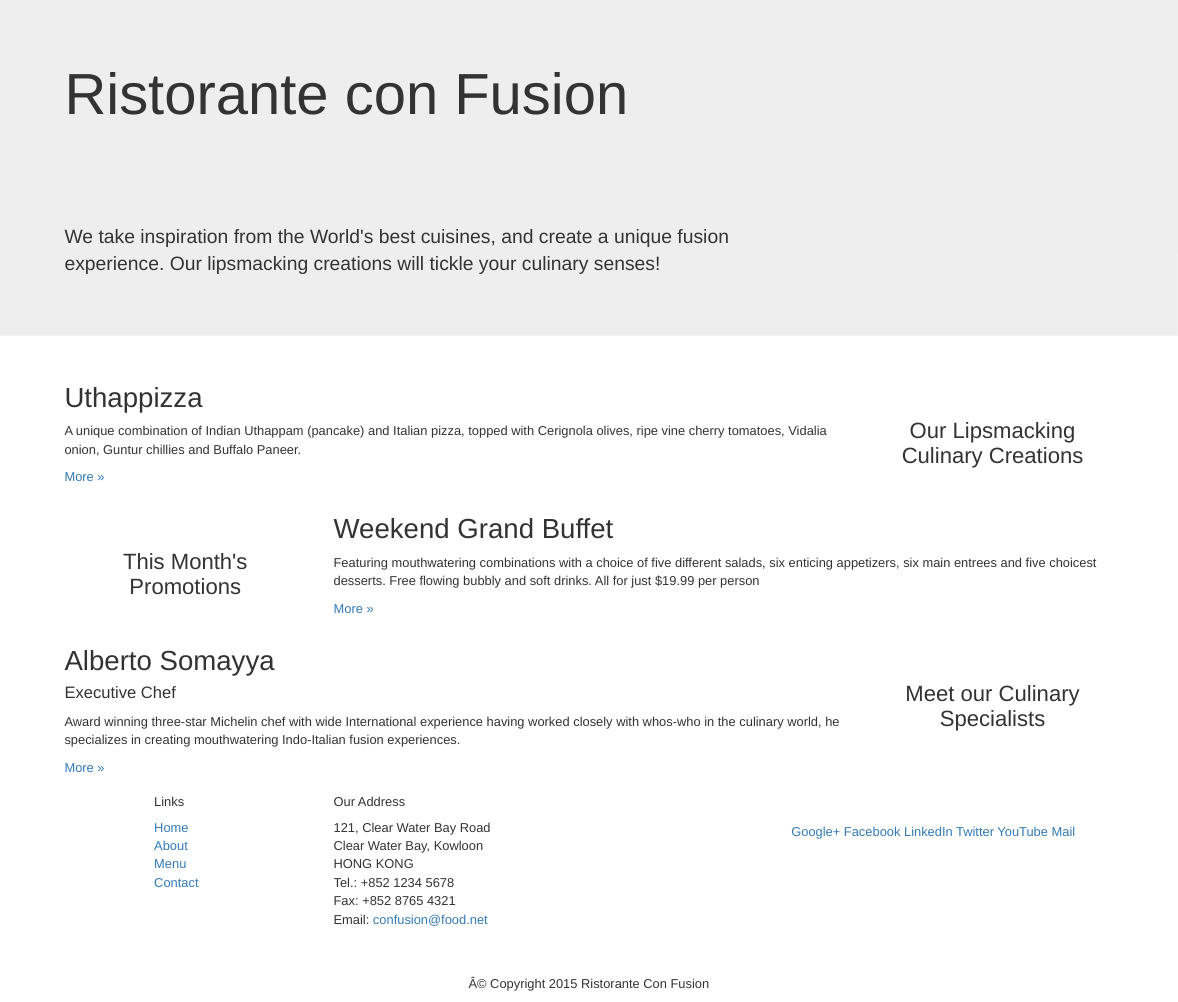
Repository: tagus24/Coursera
Page: Coursera/FullStackDeveloper/conFusion/src/main/webapp/index.html
These files come from the project's save history. The page is drawn as it stood at one moment and after the next save; the edit follows.
The browser window is 1280 px wide. The pictures show the whole page, at 92% of full size.
Some web libraries are served in a nearby version.

Above is the page before, as saved 2016-01-31 17:30:20.

After the next save:
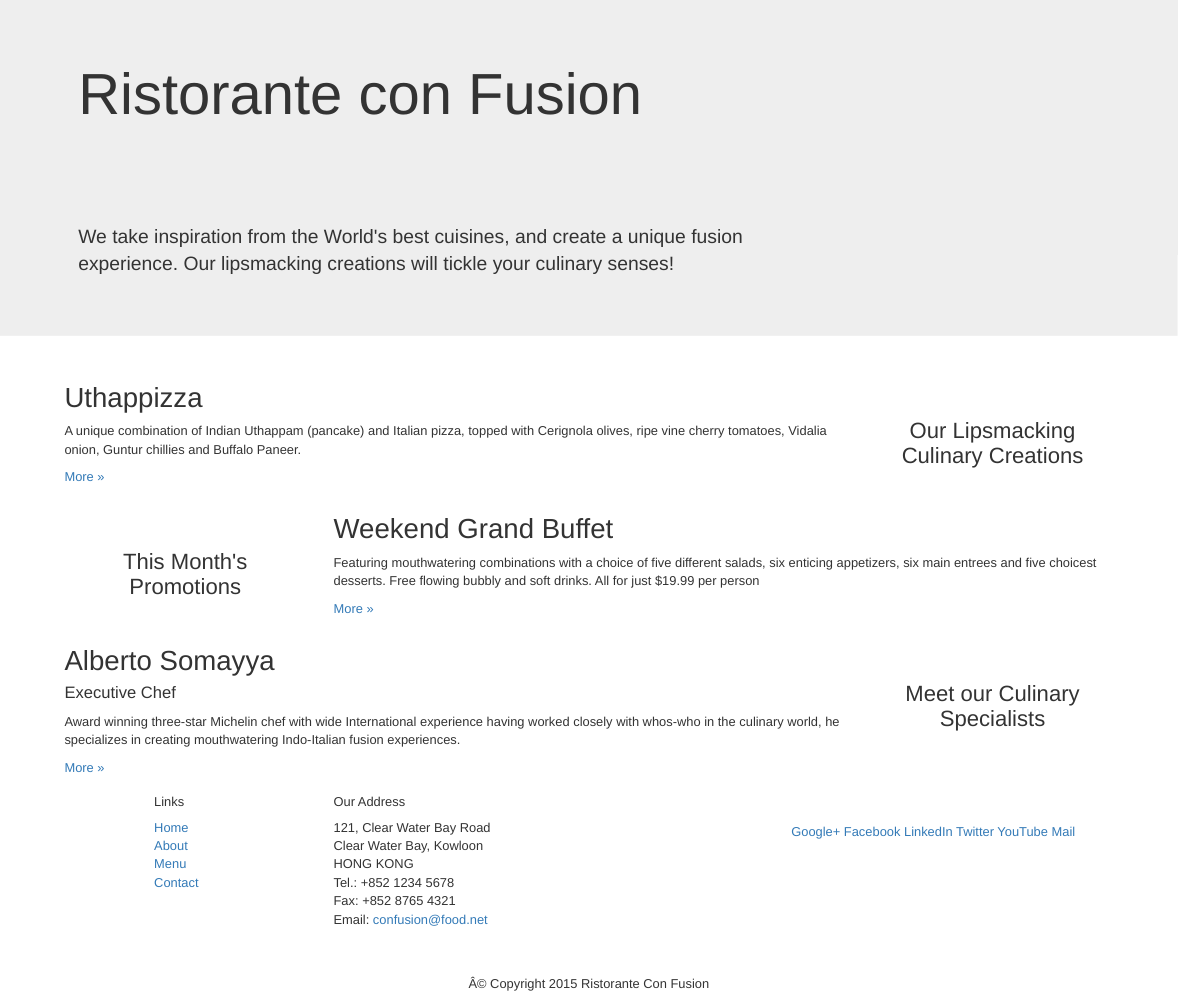
Saved 97 s later.
--- a/Coursera/FullStackDeveloper/conFusion/src/main/webapp/index.html
+++ b/Coursera/FullStackDeveloper/conFusion/src/main/webapp/index.html
@@ -31,7 +31,7 @@
         <!-- Main component for a primary marketing message or call to action -->
 
         <div class="container">
-            <div class="row">
+            <div class="row row-header">
                 <div class="col-xs-12 col-sm-8">
                     <h1>Ristorante con Fusion</h1>
                     <p style="padding:40px;"></p>
